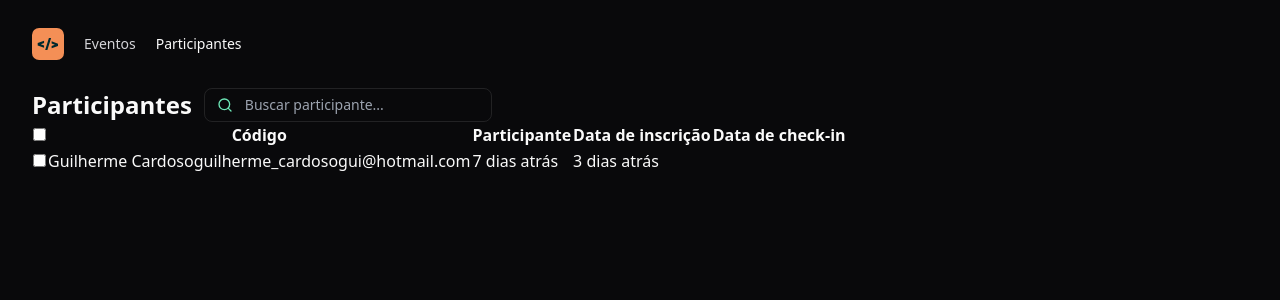
Repository: guilhermecardoso93/nlw-unite-react-2024
Page: /
The author's editor kept a copy of each file at every save. The page is drawn from the files as they stood at one save, then again after the next save.
The browser window is 1280 px wide. The pictures show the whole page.
The project was rebuilt for these pictures with package versions that can differ from the ones it lists, and the page was loaded fresh each time. Also part of the build but not shown: vite.config.ts.

Above is the page before, as saved 2024-04-01 21:30:27.

After the next save:
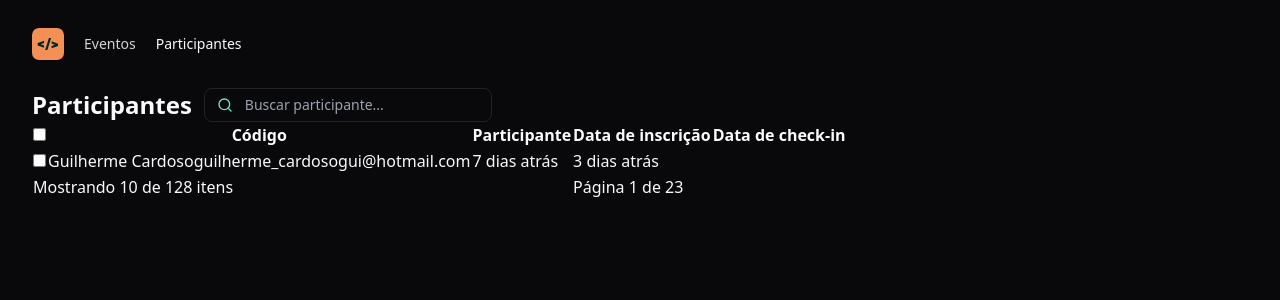
Saved 6 min 13 s later.
--- a/src/components/attendee-list.tsx
+++ b/src/components/attendee-list.tsx
@@ -43,6 +43,17 @@ export function AttendeeList() {
             <td></td>
           </tr>
         </tbody>
+        <tfoot>
+          <tr>
+            <td colSpan={3}>
+
+              Mostrando 10 de 128 itens
+            </td>
+            <td colSpan={3}>
+              Página 1 de 23
+            </td>
+          </tr>
+        </tfoot>
       </table>
     </div>
   );
